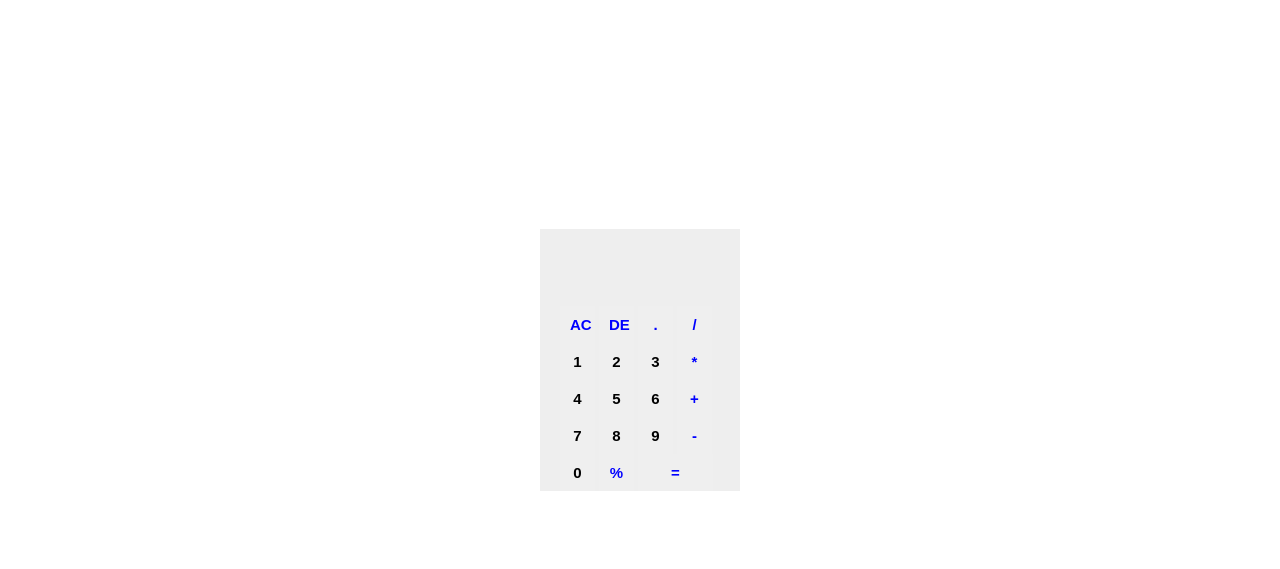
Repository: jerrys-arch/web-calculator
Page: index.html
The author's editor kept a copy of each file at every save. The page is drawn from the files as they stood at one save, then again after a run of saves.
The browser window is 1280 px wide. The pictures show the whole page.

Above is the page before, as saved 2024-11-30 05:17:09.

After the next 2 saves:
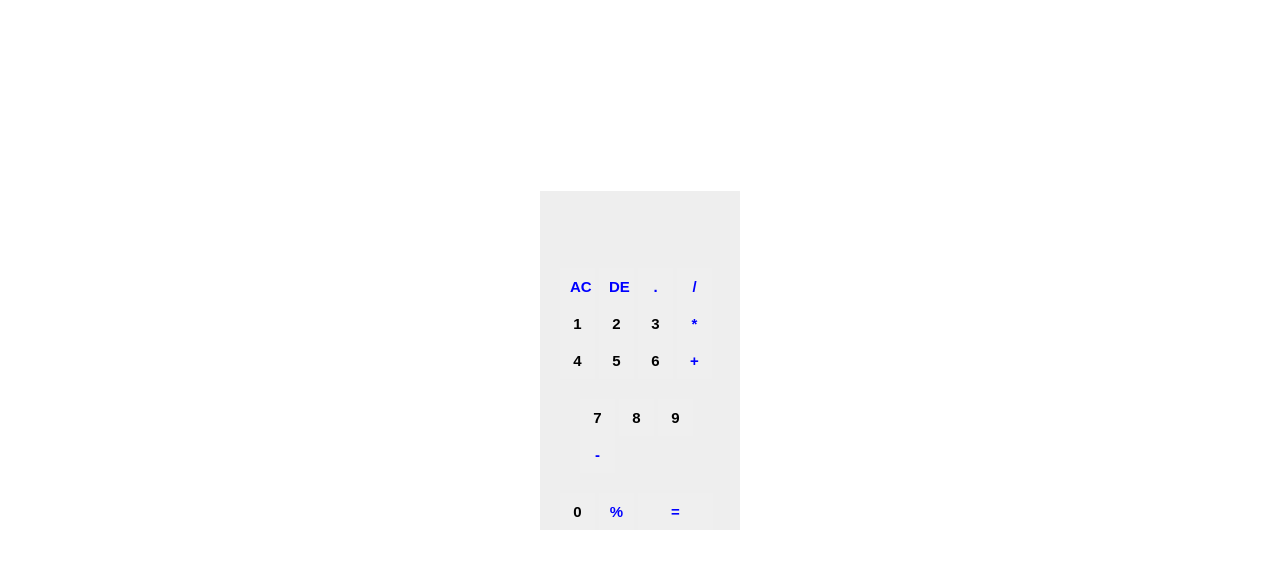
The 2 saves are shown as one change because they came seconds apart.
The last was saved 20 s later.
--- a/index.html
+++ b/index.html
@@ -31,7 +31,7 @@
                 <input type="button" value="6">
                 <input type="button" value="+" class="operator">
             </div>
-            <div>
+            <div class="display">
                 <input type="button" value="7">
                 <input type="button" value="8">
                 <input type="button" value="9">

After the 2 saves that followed:
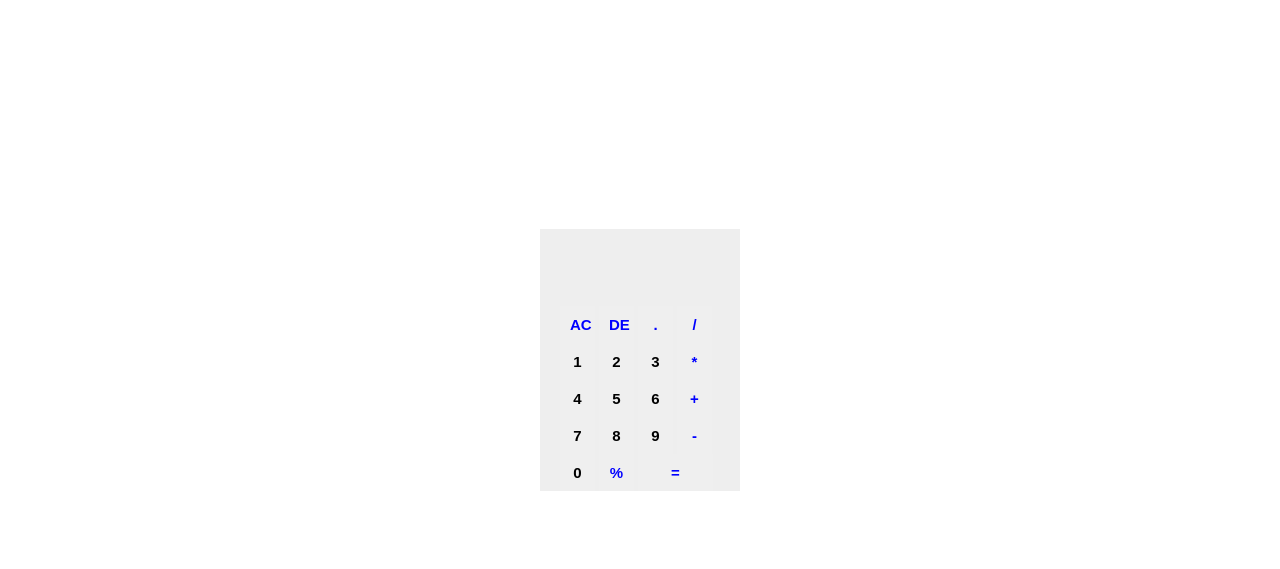
The 2 saves are shown as one change because they came seconds apart.
The last was saved 7 s later.
--- a/index.html
+++ b/index.html
@@ -31,7 +31,7 @@
                 <input type="button" value="6">
                 <input type="button" value="+" class="operator">
             </div>
-            <div class="display">
+            <div class=>
                 <input type="button" value="7">
                 <input type="button" value="8">
                 <input type="button" value="9">
